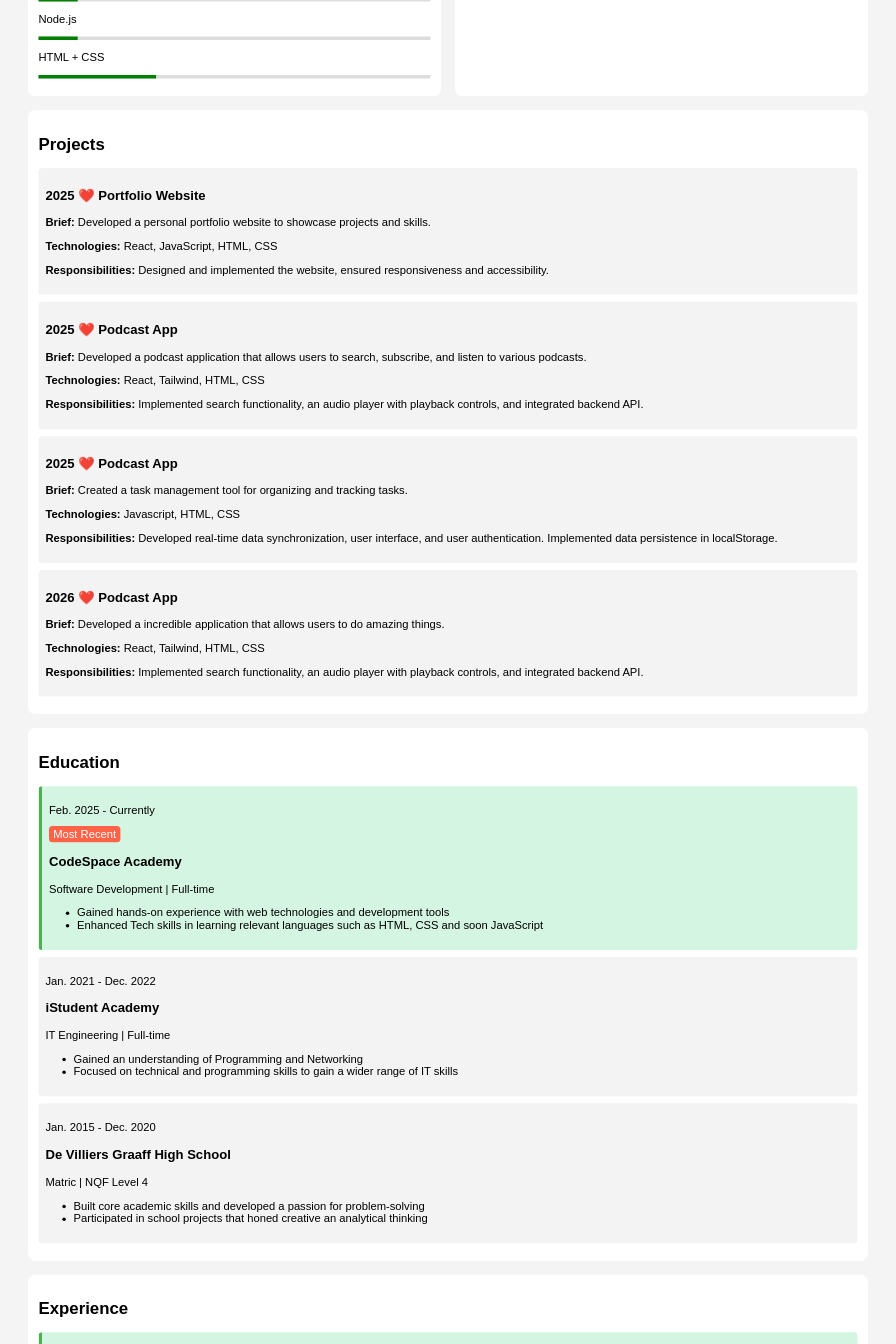
Repository: andajonas/ANDJON25111_fto2502_A2_AndaJonas_SDF_Portfolio_Piece
Page: index.html
An editor plug-in stored every save of this project. The page is shown before and after a run of saves, followed by the edit.
The browser window is 1280 px wide. The pictures show the part of the page from y = 413 to 2333 px (the page is 3128 px tall), at 70% of full size.
A picture or video elsewhere on the page could not be fetched, so the positions and the page height are approximate.

Above is the page before, as saved 2025-04-03 18:25:19.

After the next 5 saves:
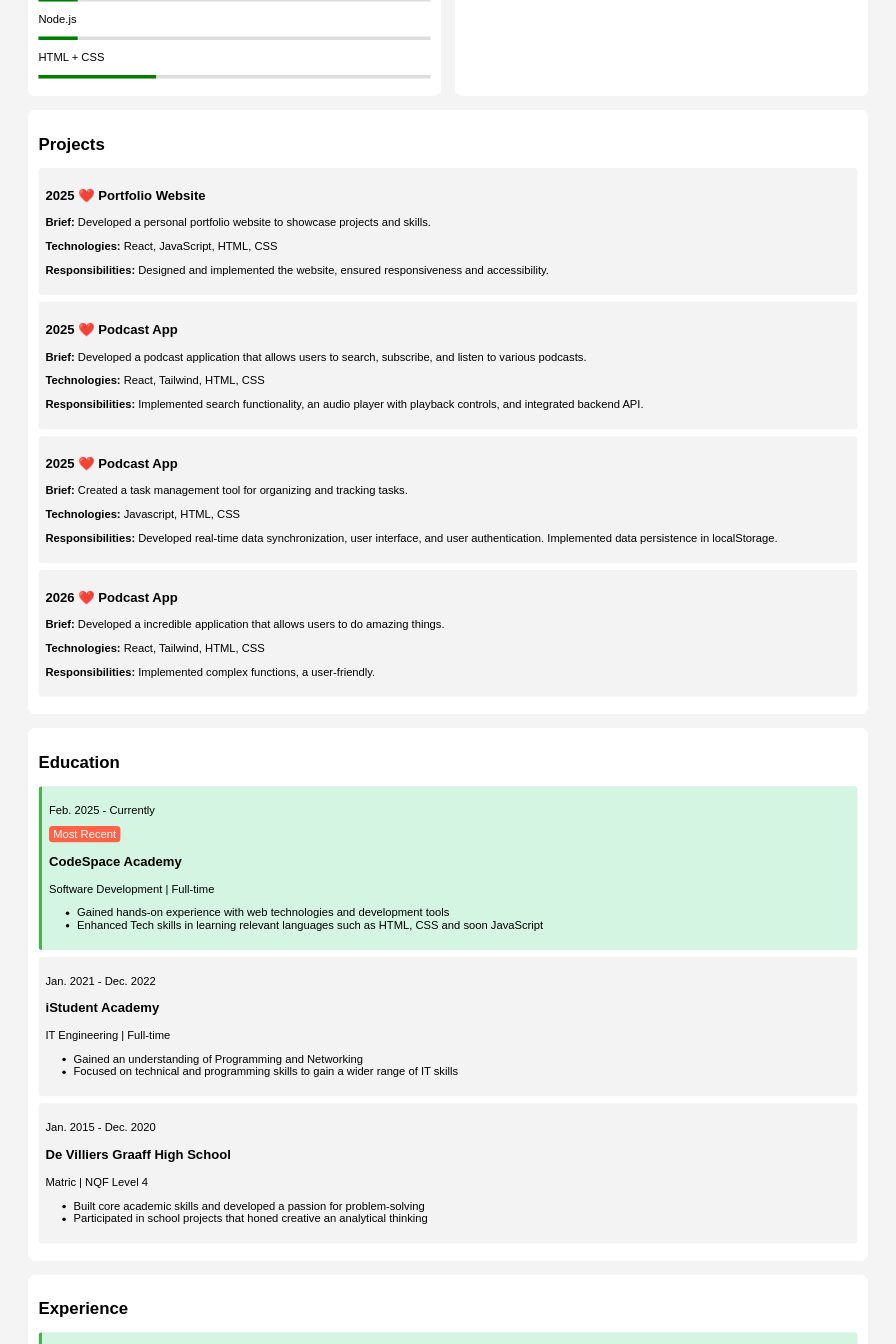
The 5 saves are shown as one change because they came seconds apart.
The last was saved 23 s later.
--- a/index.html
+++ b/index.html
@@ -73,7 +73,7 @@
             <h3>2026 ❤️ Podcast App</h3>
             <p><strong>Brief:</strong> Developed a incredible application that allows users to do amazing things.</p>
             <p><strong>Technologies:</strong> React, Tailwind, HTML, CSS</p>
-            <p><strong>Responsibilities:</strong> Implemented search functionality, an audio player with playback controls, and integrated backend API.</p>
+            <p><strong>Responsibilities:</strong> Implemented complex functions, a user-friendly.</p>
         </div>
     </section>
 
